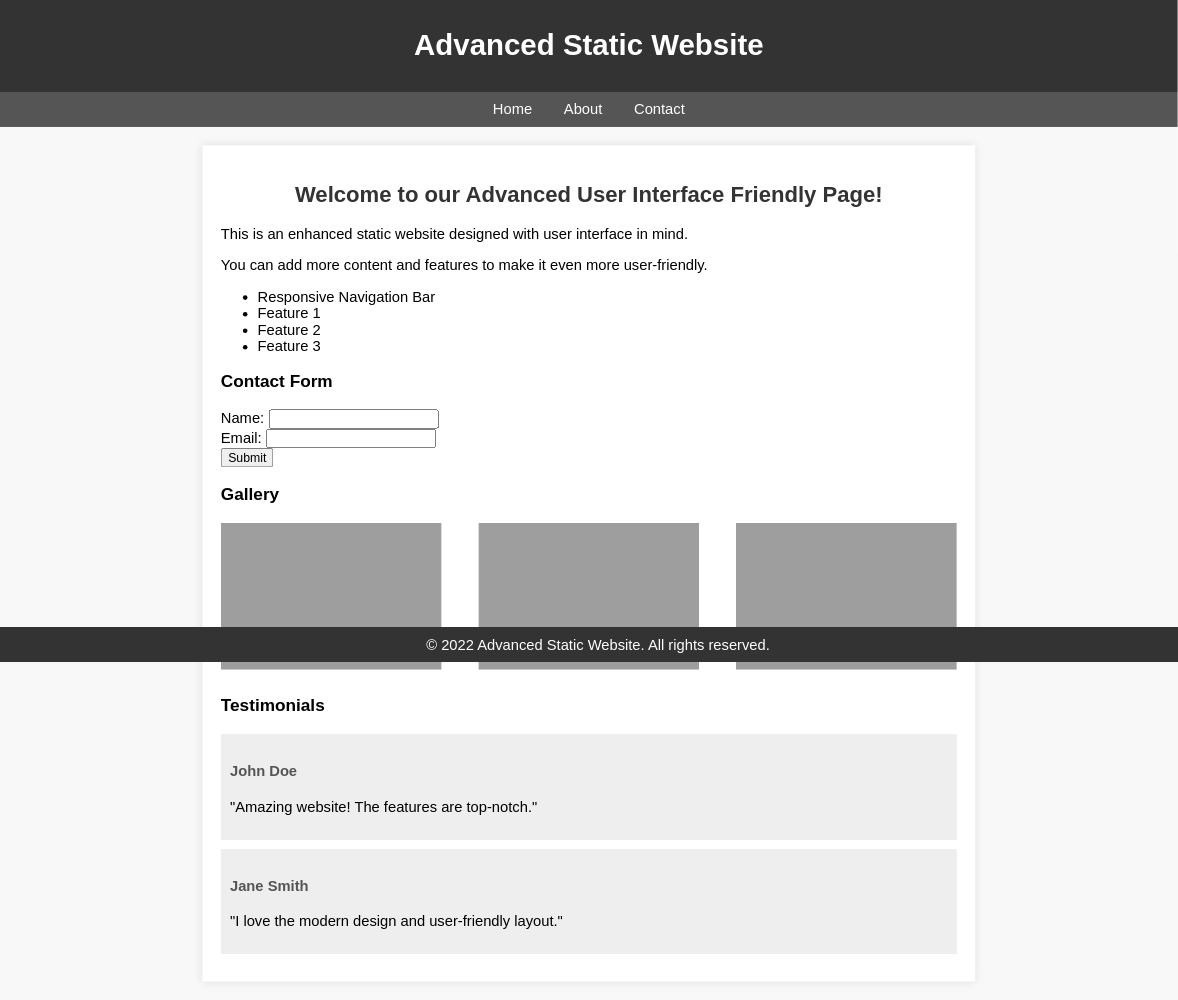
Repository: sahildhargave/static-web-go
Page: static-web/index.html
An editor plug-in stored every save of this project. The page is shown before and after the next save, followed by the edit.
The browser window is 1280 px wide. The pictures show the whole page, at 92% of full size.
Pictures or frames that could not be fetched are drawn as grey boxes.

Above is the page before, as saved 2024-02-17 03:14:30.

After the next save:
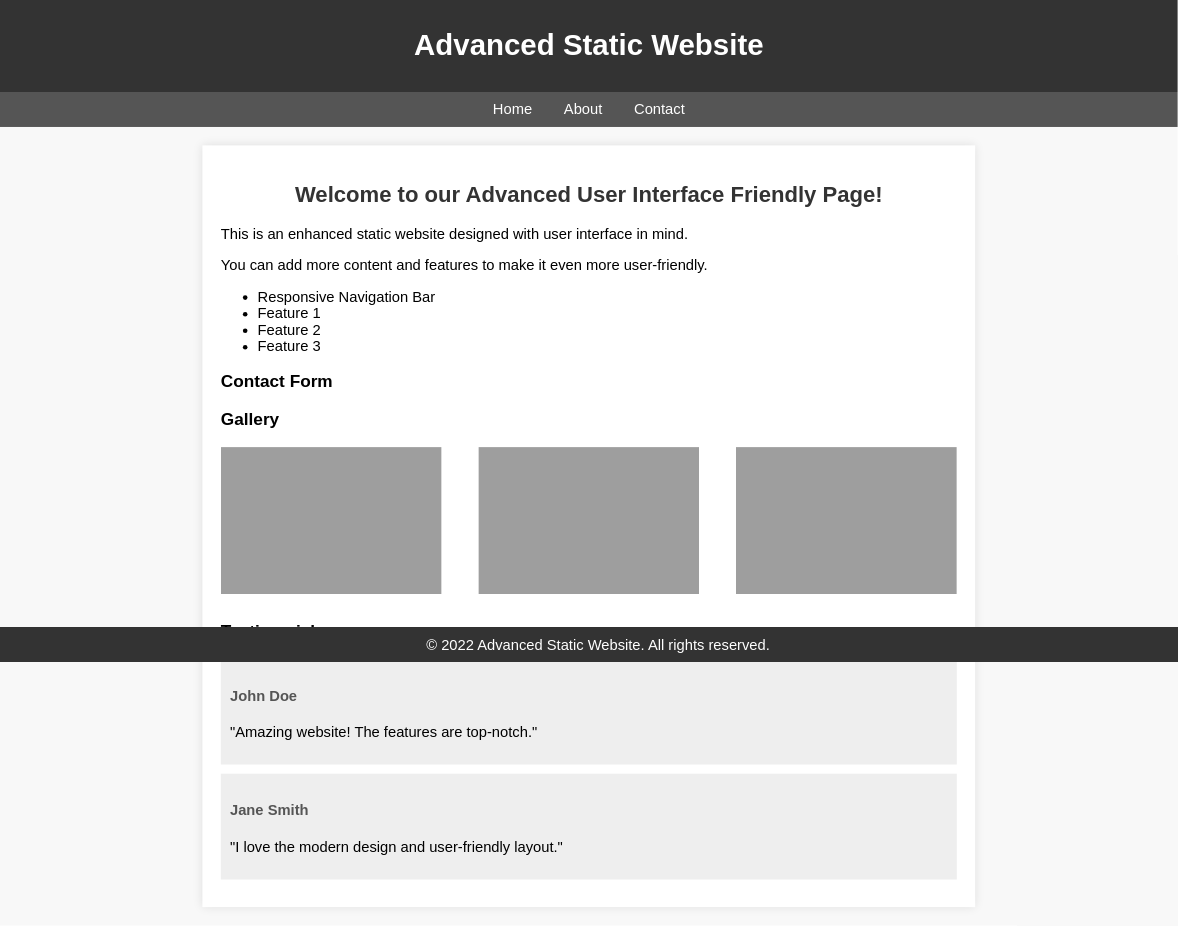
Saved 75 s later.
--- a/static-web/index.html
+++ b/static-web/index.html
@@ -106,15 +106,7 @@
         </ul>
 
         <h3>Contact Form</h3>
-        <form action="#" method="post">
-            <label for="name">Name:</label>
-            <input type="text" id="name" name="name" required>
-            <br>
-            <label for="email">Email:</label>
-            <input type="email" id="email" name="email" required>
-            <br>
-            <input type="submit" value="Submit">
-        </form>
+
 
         <h3>Gallery</h3>
         <div class="gallery">
